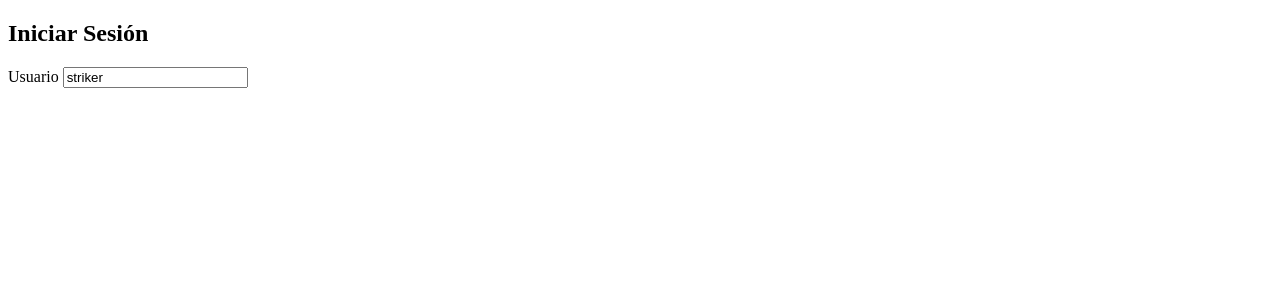
Repository: taborracho/Formulario
Page: index.html
These files come from the project's save history. The page is drawn as it stood at one moment and after the next save; the edit follows.
The browser window is 1280 px wide. The pictures show the whole page.

Above is the page before, as saved 2021-07-14 18:49:06.

After the next save:
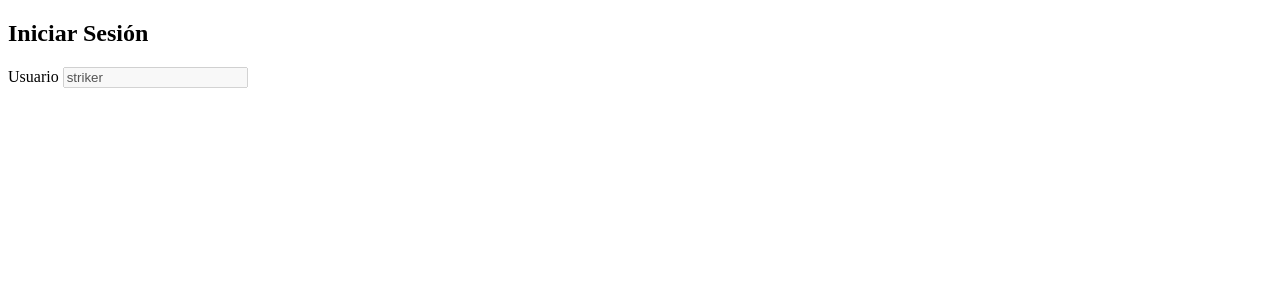
Saved 22 s later.
--- a/index.html
+++ b/index.html
@@ -21,7 +21,7 @@
 
             <div>
                 <label for="usuario">Usuario</label>
-                <input type="text" id="usuario" value="striker">
+                <input type="text" id="usuario" value="striker" disabled>
             </div>
 
         </div>
